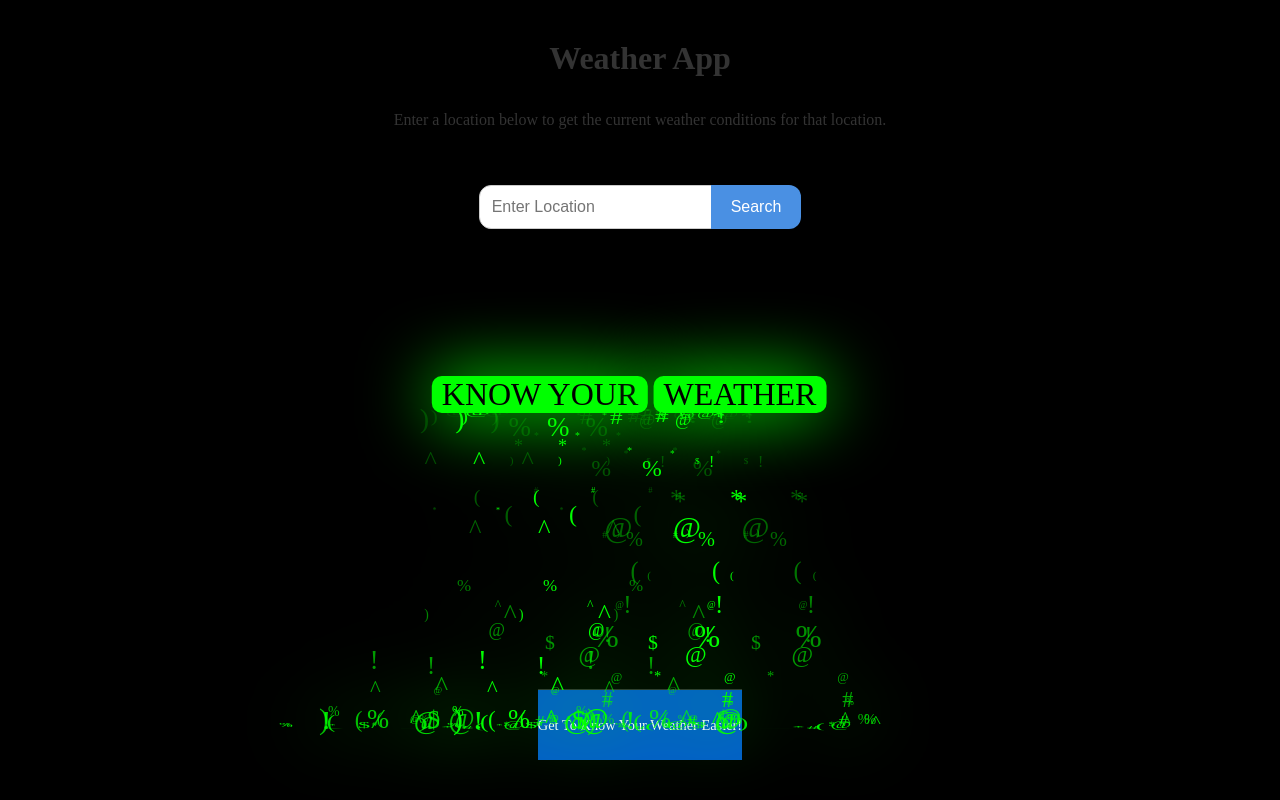
Repository: AlaaYou/Weather-App
Page: index.html
An editor plug-in stored every save of this project. The page is shown before and after the next save, followed by the edit.
The browser window is 1280 px wide. The pictures show the whole page.

Above is the page before, as saved 2024-10-20 23:45:12.

After the next save:
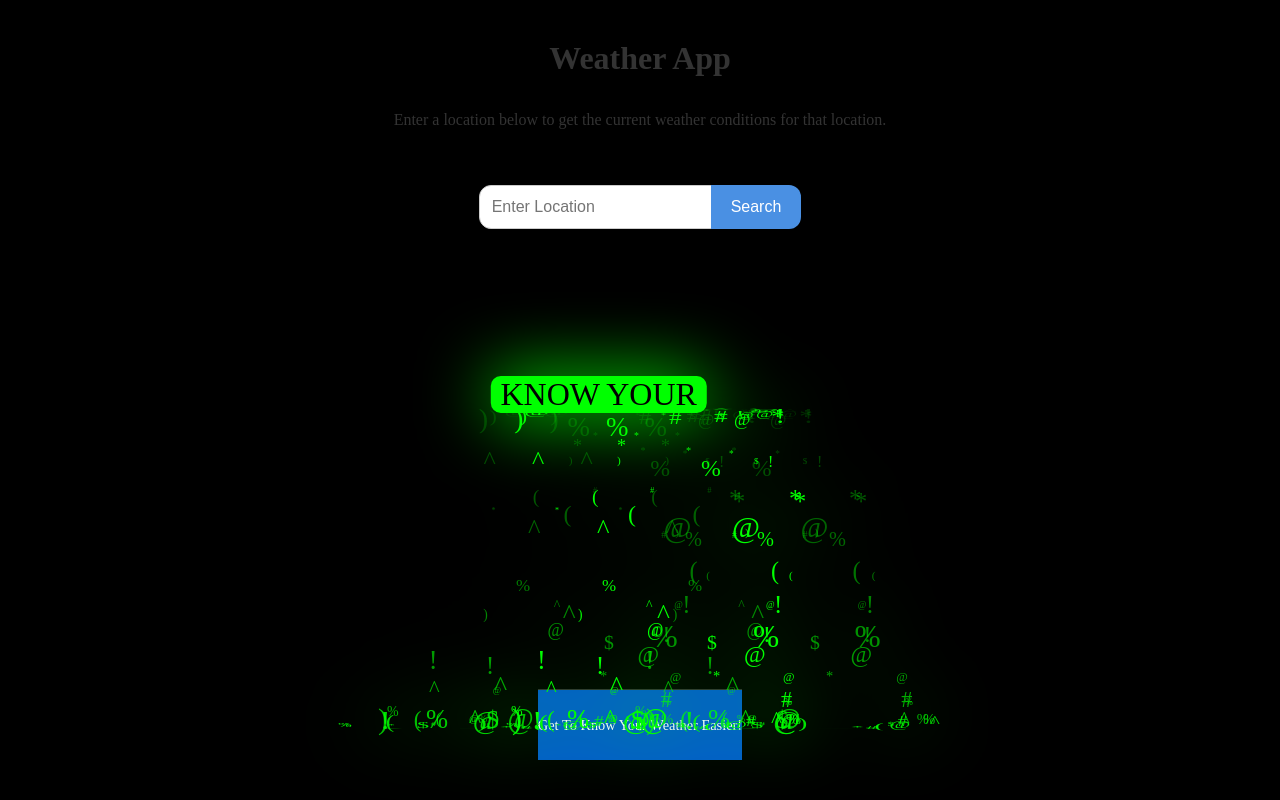
Saved 24 s later.
--- a/index.html
+++ b/index.html
@@ -47,10 +47,6 @@
         <div class="cloud left-cloud">
           <h2>Know Your</h2>
         </div>
-        <div class="cloud right-cloud">
-          <h2>Weather</h2>
-        </div>
-      </div>
 
     </main>
     <!-- footer -->

After the save that followed:
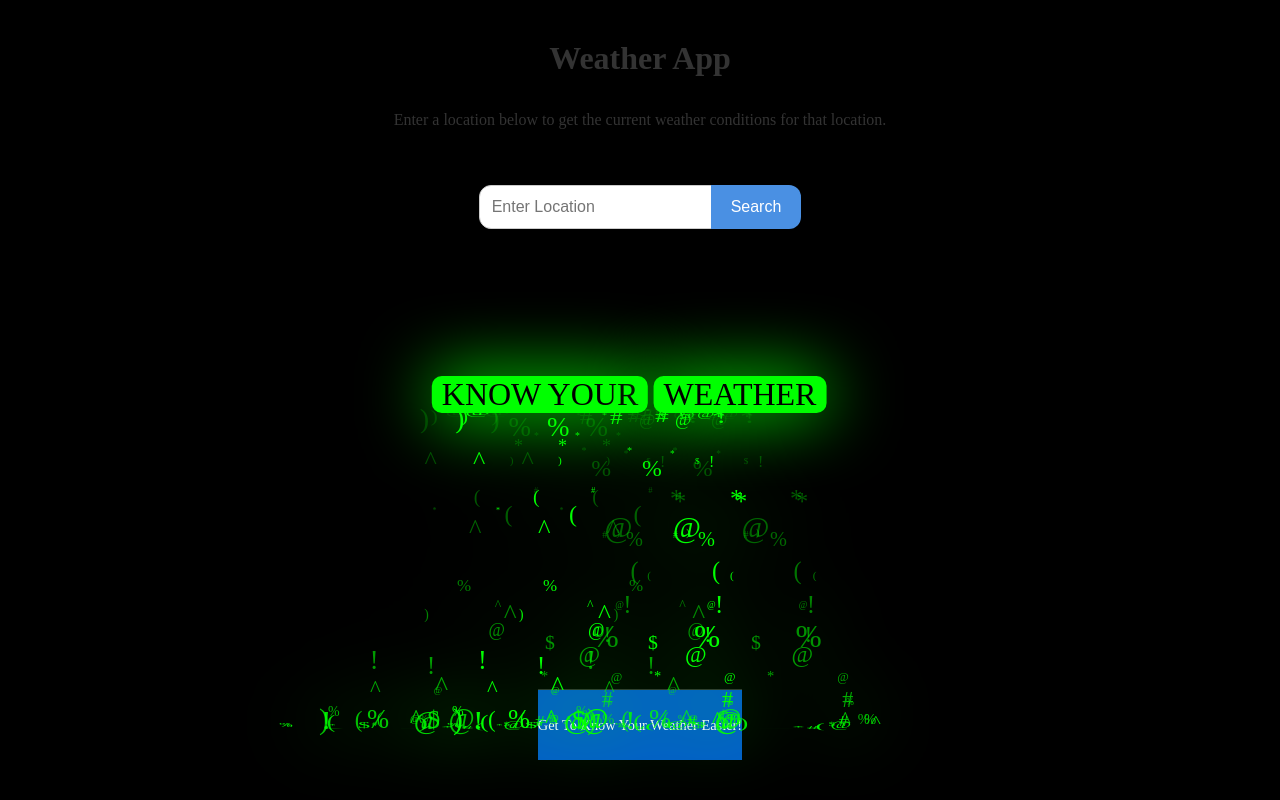
Saved 5 s later.
--- a/index.html
+++ b/index.html
@@ -47,6 +47,10 @@
         <div class="cloud left-cloud">
           <h2>Know Your</h2>
         </div>
+        <div class="cloud right-cloud">
+          <h2>Weather</h2>
+        </div>
+      </div>
 
     </main>
     <!-- footer -->
